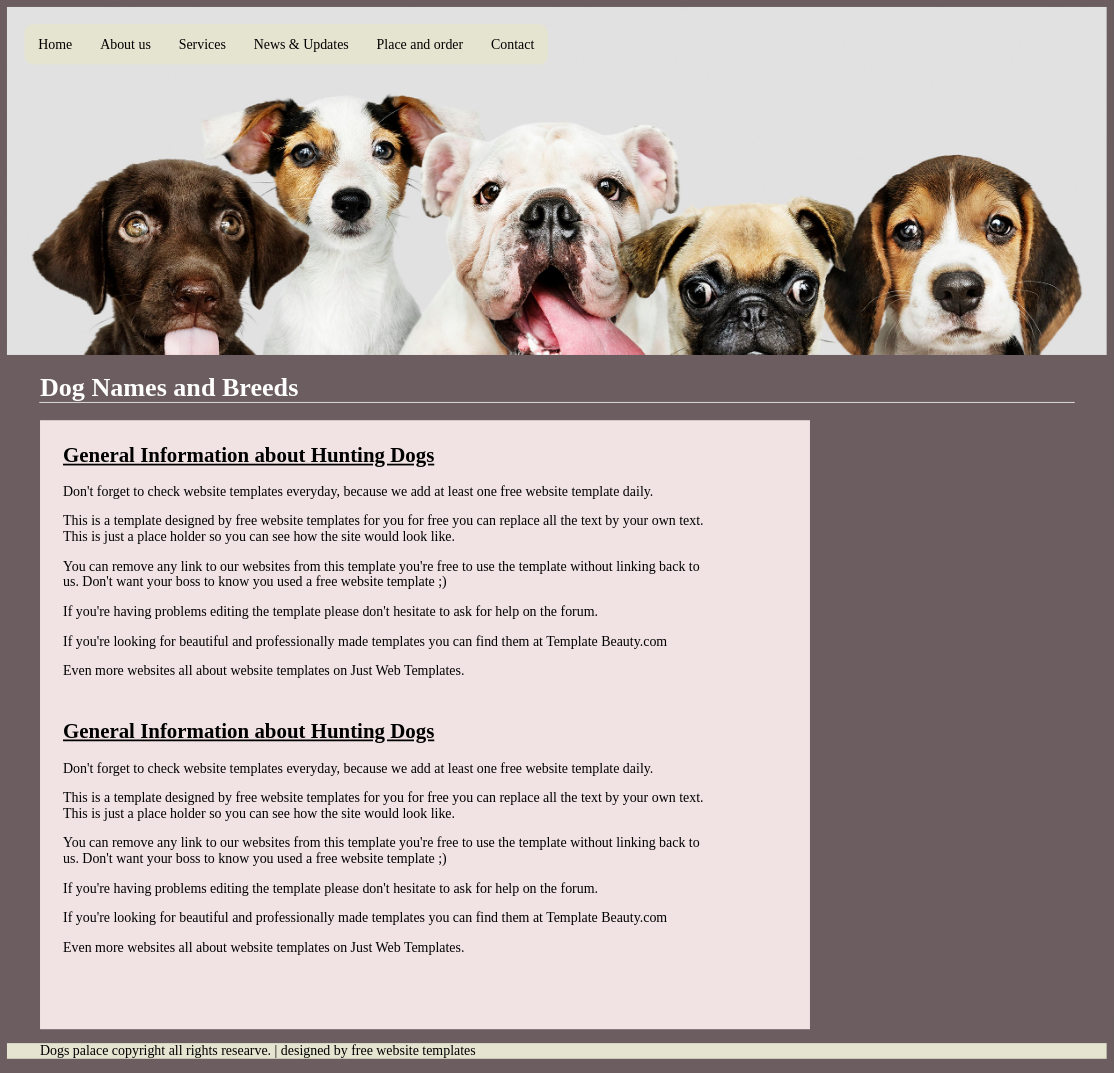
Repository: Tayma-Kazmouz/labwork
Page: index.html
These files come from the project's save history. The page is drawn as it stood at one moment and after the next save; the edit follows.
The browser window is 1280 px wide. The pictures show the whole page, at 87% of full size.

Above is the page before, as saved 2022-04-04 17:04:32.

### index.html
<!DOCTYPE html>
<html lang="en">
<head>
    <meta charset="UTF-8">
    <meta http-equiv="X-UA-Compatible" content="IE=edge">
    <meta name="viewport" content="width=device-width, initial-scale=1.0">
    <title>LabWork1</title>
    <link rel="stylesheet" href="styles.css">
</head>
<body>
    <div class="banner">
          <div class="nav">
            <ul>
                <li><a class="active" href="#">Home</a></li>
                <li><a href="#">About us</a></li>
                <li><a href="#">Services</a></li>
                <li><a href="#">News & Updates</a></li>
                <li><a href="#">Place and order</a></li>
                <li><a href="#">Contact</a></li>
            </ul>
        </div>
      </div>
      <h1>Dog Names and Breeds</h1>
      <hr style="margin-top: 0px; width: 94%; border-top: 0.5px;">
      <div class="container-one">

          <h2>General Information about Hunting Dogs</h2>
          <p>Don't forget to check website templates everyday, because we add at least one free website template daily.</p>
          <p>This is a template designed by free website templates for you for free you can replace all the text by your own text. This is just a place holder so you can see how the site would look like.</p>
          <p>You can remove any link to our websites from this template you're free to use the template without linking back to us. Don't want your boss to know you used a free website template ;)</p>
          <p>If you're having problems editing the template please don't hesitate to ask for help on the forum.</p>
          <p>If you're looking for beautiful and professionally made templates you can find them at Template Beauty.com</p>
          <p>Even more websites all about website templates on Just Web Templates.</p>

          <h2>General Information about Hunting Dogs</h2>
          <p>Don't forget to check website templates everyday, because we add at least one free website template daily.</p>
          <p>This is a template designed by free website templates for you for free you can replace all the text by your own text. This is just a place holder so you can see how the site would look like.</p>
          <p>You can remove any link to our websites from this template you're free to use the template without linking back to us. Don't want your boss to know you used a free website template ;)</p>
          <p>If you're having problems editing the template please don't hesitate to ask for help on the forum.</p>
          <p>If you're looking for beautiful and professionally made templates you can find them at Template Beauty.com</p>
          <p>Even more websites all about website templates on Just Web Templates.</p>
      </div>

      <div class="footer">
            <p class="reserved">Dogs palace copyright all rights researve. | designed by free website templates </p>
      </div>
</body>
</html>

### styles.css
body{
    background-color: rgb(107, 93, 96);
}

.banner{
    background-image: url(images/banner.jpg);
    height: 400px;
    position: relative;
    background-position: center;
    background-repeat: no-repeat;
    background-size: cover;
}

.nav{
    background-color: rgb(228, 228, 208);
    border-radius: 10px;
    width: auto;
    position: absolute;
    margin: 20px;
}
ul {
    list-style-type: none;
    margin: 0;
    padding: 0;
    overflow: hidden;
  }

  li {
    float: left;
  }

  li a {
    display: block;
    color: black;
    text-align: center;
    padding: 14px 16px;
    text-decoration: none;
  }

h1{
    color: white;
    font-weight: 600px;
    font-size: 30px;
    margin-bottom: 0;
    margin-left: 3%;
}

.container-one{
    background-color: rgb(241, 227, 227);
    position: relative;
    left: 3%;
    width: 70%;
    height: 700px;
}

h2{
    text-decoration: underline;
    padding-left: 3%;
    padding-right: 25%;
    padding-top: 3%;
}

p{
    padding-left: 3%;
    padding-right: 13%;
}

.footer{
    background-color: rgb(228, 228, 208);
    width: 100%;
    position: relative;

}

After the next save:
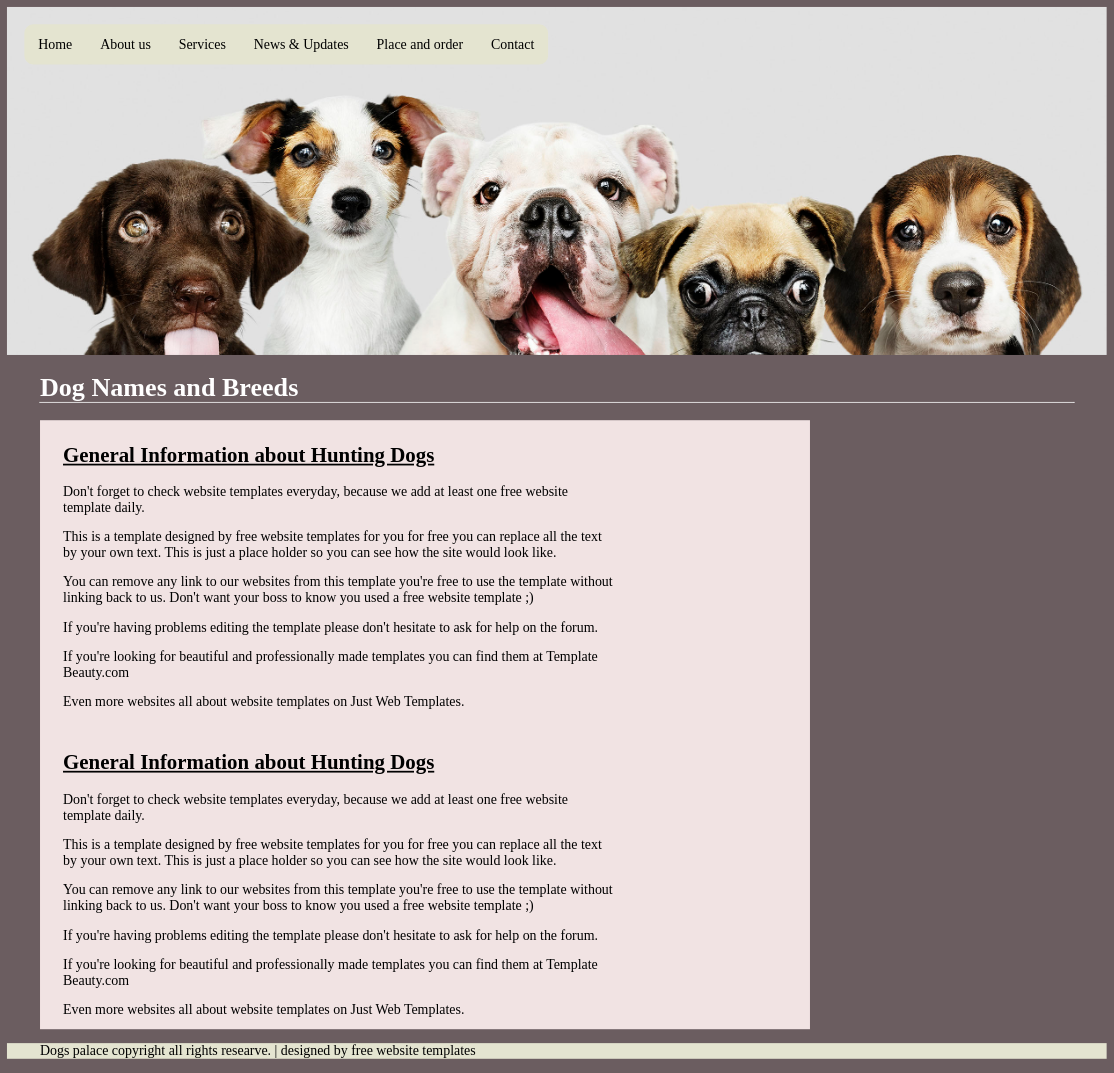
Saved 13 s later.
--- a/styles.css
+++ b/styles.css
@@ -62,7 +62,7 @@ h2{
 
 p{
     padding-left: 3%;
-    padding-right: 13%;
+    padding-right: 25%;
 }
 
 .footer{
